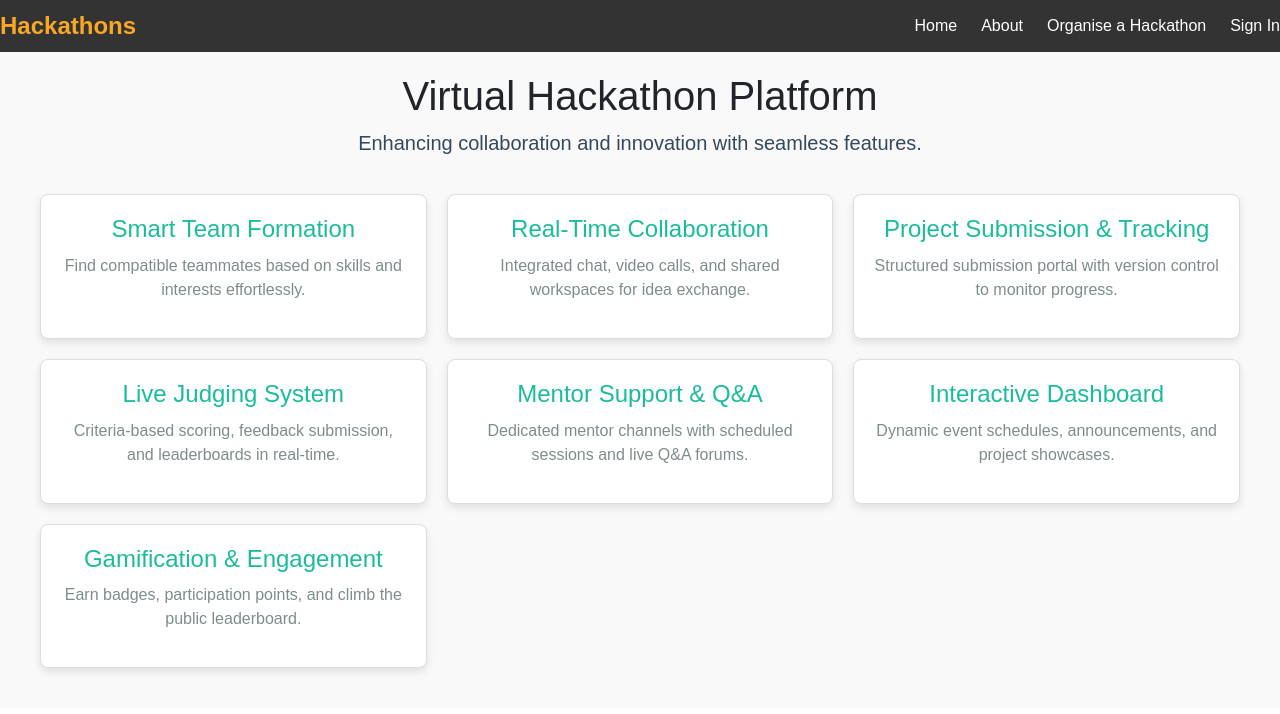
Repository: Ken-Kanike/RUBIX25_41_TECHTITANS
Page: / (app in backend/client/)
An editor plug-in stored every save of this project. The page is shown before and after the next save, followed by the edit.
The browser window is 1280 px wide. The pictures show the whole page.
The project was rebuilt for these pictures with package versions that can differ from the ones it lists, and the page was loaded fresh each time. Also part of the build but not shown: backend/client/src/signin.css, backend/client/src/signin.js.

Above is the page before, as saved 2025-01-23 01:00:09.

After the next save:
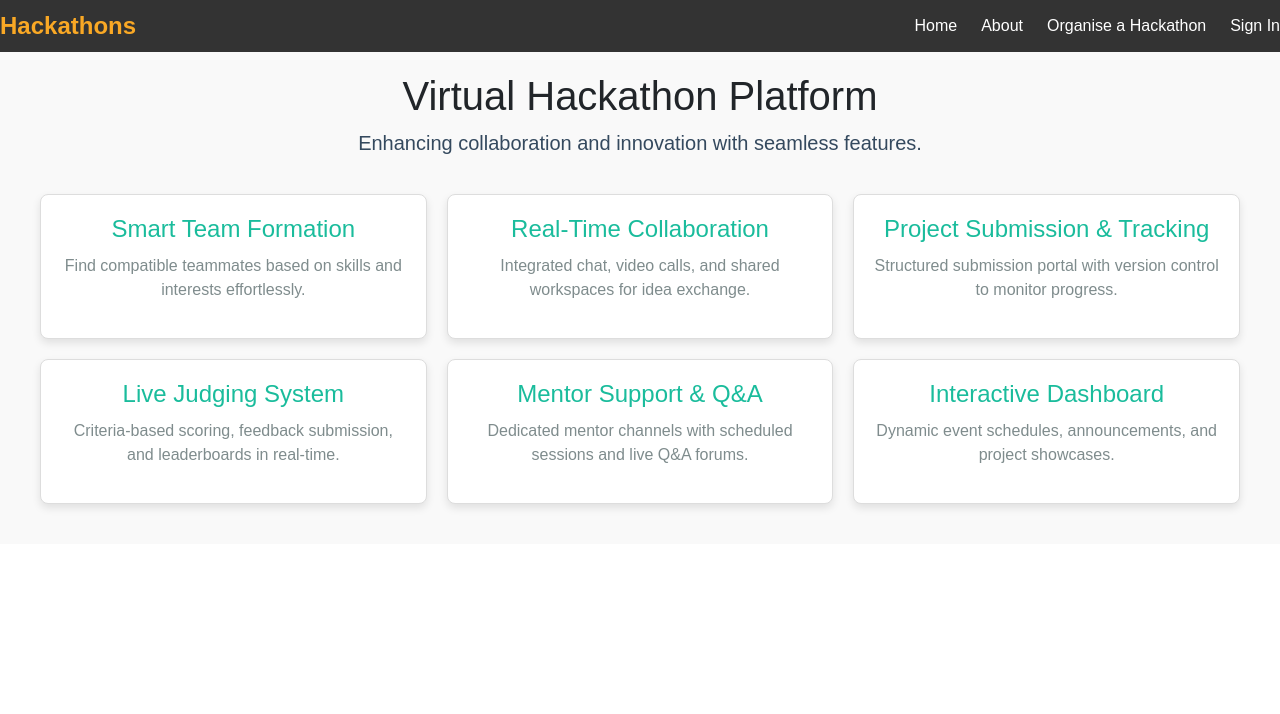
Saved 44 s later.
--- a/backend/client/src/homepage.js
+++ b/backend/client/src/homepage.js
@@ -32,10 +32,6 @@ const HomePage = () => {
                     <h2>Interactive Dashboard</h2>
                     <p>Dynamic event schedules, announcements, and project showcases.</p>
                 </div>
-                <div className="feature-box">
-                    <h2>Gamification & Engagement</h2>
-                    <p>Earn badges, participation points, and climb the public leaderboard.</p>
-                </div>
             </div>
         </div>
     );
